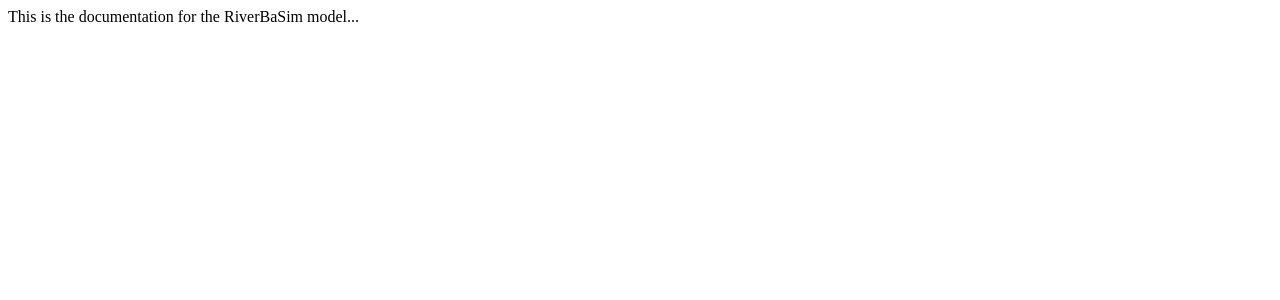
Repository: kemlg/RiverBaSim
Page: RiverBaSim/docs/index.html
An editor plug-in stored every save of this project. The page is shown before and after the next save, followed by the edit.
The browser window is 1280 px wide. The pictures show the whole page.

Above is the page before, as saved 2013-06-28 13:02:25.

After the next save:
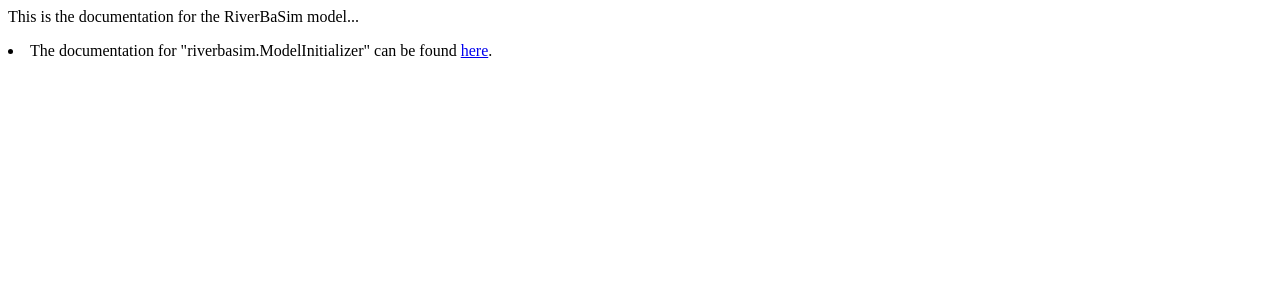
Saved 108 min 54 s later.
--- a/RiverBaSim/docs/index.html
+++ b/RiverBaSim/docs/index.html
@@ -1,8 +1,9 @@
-<html>
+<html><FONT FACE=Verdana, Arial, Sans>
 	<head>
 		<title>RiverBaSim</title>
 	</head>
 	<body>
-		This is the documentation for the RiverBaSim model...
-	</body>
+		This is the documentation for the RiverBaSim model...</p>
+	<li>The documentation for "riverbasim.ModelInitializer" can be found <a href="riverbasim.ModelInitializer.html">here</a>.</li></p>
+</body>
 </html>
